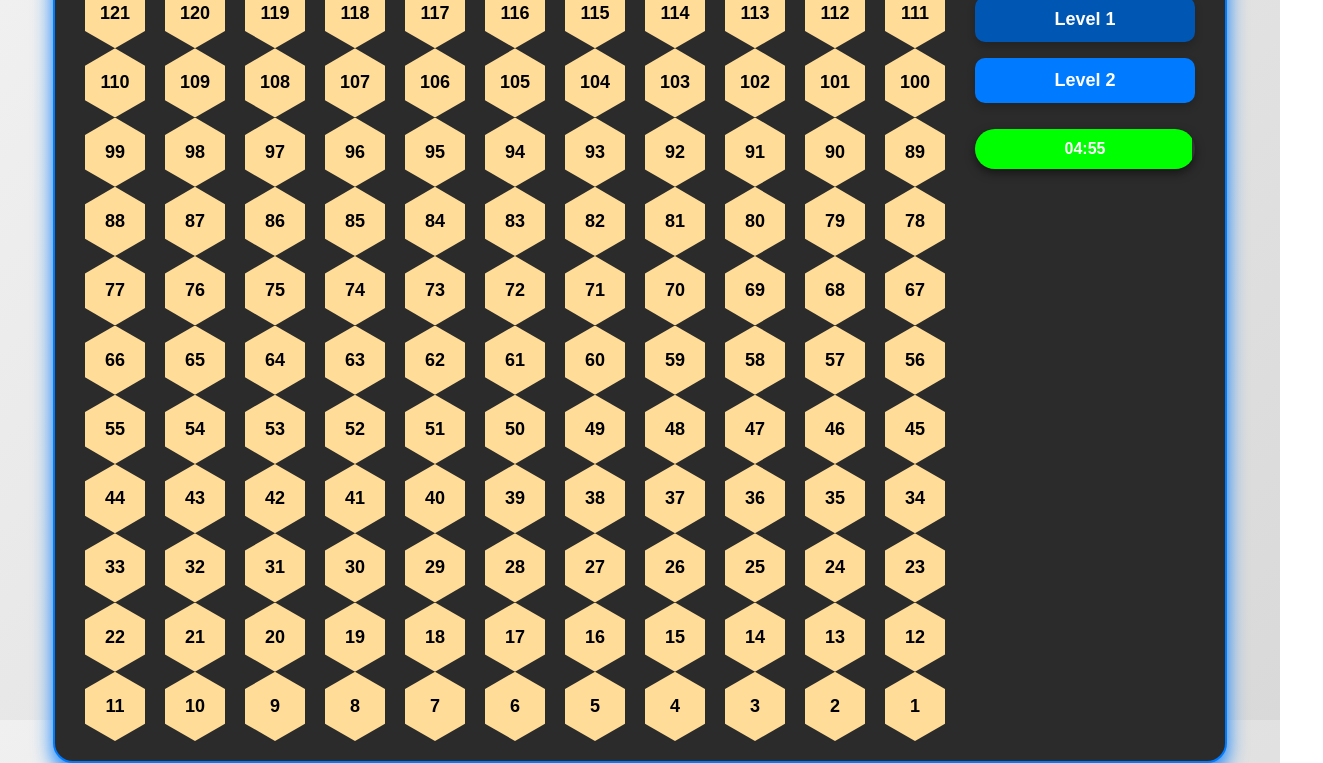
Repository: radisyah/THE_BRAIN_STORM
Page: Terrible Hunt.html
These files come from the project's save history. The page is drawn as it stood at one moment and after the next save; the edit follows.
The browser window is 1280 px wide. The page is 1280 px wide, then 1323 px, so the pictures cover 1323 px, including what lies to the right of the window. The pictures show the whole page.

Above is the page before, as saved 2024-10-25 23:30:23.

### Terrible Hunt.html
<!DOCTYPE html>
<html lang="en">
<head>
    <meta charset="UTF-8">
    <meta name="viewport" content="width=device-width, initial-scale=1.0">
    <title>Terrible Hunt</title>
    <style>
        body {
            font-family: Arial, sans-serif;
            display: flex;
            justify-content: center;
            align-items: center;
            height: 100vh;
            margin: 0;
            background: linear-gradient(135deg, #f0f0f0, #d9d9d9); /* Smooth gradient background */
        }

        .container {
            display: flex;
            justify-content: center;
            align-items: flex-start;
            background-color: #2b2b2b; /* Dark background for contrast */
            border-radius: 20px;
            box-shadow: 0 8px 20px #007bff;
            padding: 30px;
            border: 2px solid #007bff;
            transition: transform 0.3s ease-in-out;
        }

          /* Timer container styles */
          .timer-container {
            position: relative;
            width: 100%;
            height: 40px;
            background-color: #333;
            border-radius: 20px;
            overflow: hidden;
            box-shadow: 0px 4px 10px rgba(0, 0, 0, 0.5);
            margin-bottom: 10px;
        }

        /* Timer text styles */
        #timer {
            position: absolute;
            top: 50%;
            left: 50%;
            transform: translate(-50%, -50%);
            color: white;
            font-size: 16px;
            font-weight: bold;
            z-index: 2;
        }

        /* Progress bar styles */
        .timer-bar {
            position: absolute;
            top: 0;
            left: 0;
            height: 100%;
            background: linear-gradient(90deg, #00ff00, #ffff00, #ff0000);
            width: 100%;
            transition: width 1s linear;
            z-index: 1;
        }

        .container:hover {
            transform: scale(1.02); /* Slight scale effect when hovering over the container */
        }

        /* Hexagonal grid container */
        .hex-grid {
            display: grid;
            grid-template-columns: repeat(11, 60px);
            grid-gap: 20px; /* Adjust gap between hexagons for better spacing */
            justify-content: center;
            margin-right: 30px;
        }

        .hex {
            position: relative;
            width: 60px;
            height: 69.28px;
            background: #ffdd99;
            display: flex;
            justify-content: center;
            align-items: center;
            font-size: 18px;
            font-weight: bold;
            color: black;
            clip-path: polygon(
                50% 0%,
                100% 25%,
                100% 75%,
                50% 100%,
                0% 75%,
                0% 25%
            );
            cursor: pointer;
            transition: background-color 0.3s, transform 0.3s, box-shadow 0.3s;
            margin: -10px 0;
            box-shadow: 0 4px 8px rgba(0, 0, 0, 0.2); /* Add shadow to hexagons */
        }

        /* Hover effect with larger shadow and movement */
        .hex:hover {
            background-color: #ffd166;
            transform: translateY(-10px) scale(1.05); /* Larger transform effect */
            box-shadow: 0 6px 12px rgba(0, 0, 0, 0.3); /* Enhanced shadow on hover */
        }

        /* Mengatur gaya ketika benar atau salah */
        .hex.correct {
            background-color: #28a745; /* Green for correct */
            color: white;
            box-shadow: 0 6px 12px rgba(0, 255, 0, 0.3); /* Green shadow */
        }

        .hex.wrong {
            background-color: #dc3545; /* Red for wrong */
            color: white;
            box-shadow: 0 6px 12px rgba(255, 0, 0, 0.3); /* Red shadow */
        }

        /* Tombol dan styling */
        .button-container {
            display: flex;
            flex-direction: column;
            justify-content: flex-start;
        }

        .level-button {
            background-color: #007bff;
            color: white;
            border: none;
            border-radius: 10px; /* More rounded buttons */
            padding: 12px;
            margin: 8px 0;
            cursor: pointer;
            font-size: 18px;
            font-weight: bold;
            transition: background-color 0.3s, box-shadow 0.3s, transform 0.3s;
            width: 220px;
            box-shadow: 0 4px 8px rgba(0, 0, 0, 0.2); /* Soft shadow for buttons */
        }

        .level-button:hover {
            background-color: #0056b3;
            box-shadow: 0 6px 12px rgba(0, 0, 0, 0.3); /* Enhanced shadow on hover */
            transform: translateY(-3px); /* Slight movement on hover */
        }
    </style>
</head>

<body>
  <div class="container">
        <div class="hex-grid" id="hex-grid">
            <!-- Grid hexagonal will be dynamically populated -->
        </div>

        <div class="button-container">
            <button class="level-button" id="level1-btn" onclick="selectLevel(1)" disabled>Level 1</button>
            <button class="level-button" id="level2-btn" onclick="selectLevel(2)" disabled>Level 2</button>
            <br>
            <div class="timer-container">
                <div id="timer">05:00</div>
                <div class="timer-bar"></div>
            </div>
        </div>
    </div>
</body>

<script>
    let correctNumbers = [];
    let wrongAttempts = 0;
    let currentLevel = 1;
    let isGridDisabled = false;
    let isTimerRunning = false;
    let timerInterval;
    const timeLimit = 300;
    let timeRemaining = timeLimit;

    const timerDisplay = document.getElementById('timer');
    const timerBar = document.querySelector('.timer-bar');

    function selectLevel(level) {
        currentLevel = level;
        correctNumbers = generateCorrectNumbers(level);
        generateHexGrid();
        wrongAttempts = 0;
        isGridDisabled = false;

        // Set button styles and disable/enable accordingly
        document.getElementById('level1-btn').disabled = level !== 1;
        document.getElementById('level2-btn').disabled = level !== 2;
        updateButtonStyles();

        // Start the timer if it hasn’t started yet
        if (!isTimerRunning) {
            startTimer();
        }
    }

    function updateButtonStyles() {
        document.getElementById('level1-btn').style.backgroundColor = currentLevel === 1 ? "#0056b3" : "#007bff";
        document.getElementById('level2-btn').style.backgroundColor = currentLevel === 2 ? "#0056b3" : "#007bff";
    }

    function startTimer() {
        if (isTimerRunning) return;
        isTimerRunning = true;

        timerInterval = setInterval(() => {
            timeRemaining--;

            const minutes = Math.floor(timeRemaining / 60);
            const seconds = timeRemaining % 60;
            timerDisplay.textContent = `${minutes < 10 ? '0' + minutes : minutes}:${seconds < 10 ? '0' + seconds : seconds}`;

            const percentage = (timeRemaining / timeLimit) * 100;
            timerBar.style.width = `${percentage}%`;
            timerBar.style.background = percentage <= 33 ? "#ff0000" : percentage <= 66 ? "#ffff00" : "#00ff00";

            if (timeRemaining <= 0) {
                clearInterval(timerInterval);
                isTimerRunning = false;
                timerDisplay.textContent = "Time is Over";
                disableGridInteractions();
            }
        }, 1000);
    }

    function disableGridInteractions() {
        isGridDisabled = true;
        const hexGrid = document.getElementById('hex-grid');
        Array.from(hexGrid.children).forEach(hexItem => {
            hexItem.style.pointerEvents = 'none';
        });
        const resetButton = document.getElementById('reset');
        if (resetButton) {
            resetButton.disabled = true;
            resetButton.style.pointerEvents = 'none';
        }
    }

    function generateCorrectNumbers(level) {
        return level === 1 ? getPrimes(1, 121) : getPerfectSquares(122, 242);
    }

    function generateHexGrid() {
        const hexGrid = document.getElementById('hex-grid');
        hexGrid.innerHTML = ''; // Clear the grid

        let number = (currentLevel === 1) ? 121 : (currentLevel - 1) * 121 + 1; // Set initial number based on level
        const totalHex = 121;

        for (let i = 0; i < totalHex; i++) {
            const hex = document.createElement('div');
            hex.classList.add('hex');
            hex.textContent = number;

            (function(num) {
                hex.addEventListener('click', function() {
                    if (!isGridDisabled) {
                        if (correctNumbers.includes(num)) {
                            hex.classList.add('correct');
                            if (currentLevel === 1) {
                                checkAllPrimesGuessed();
                            } else if (currentLevel === 2) {
                                checkAllPerfectSquaresGuessed();
                            }
                        } else {
                            hex.classList.add('wrong');
                            wrongAttempts++;
                            if (wrongAttempts >= 2) {
                                setTimeout(resetHexColors, 1000);
                            }
                        }
                    }
                });
            })(number);

            hexGrid.appendChild(hex);
            number = (currentLevel === 1) ? number - 1 : number + 1;
        }
    }



    function checkAllPerfectSquaresGuessed() {
        const allCorrectHexes = document.querySelectorAll('.hex.correct');
        if (allCorrectHexes.length === correctNumbers.length) {
            setTimeout(() => {
                location.reload(); // Refresh the page after 1-second delay
            }, 1000);
        }
    }


    function checkAllPrimesGuessed() {
        const allCorrectHexes = document.querySelectorAll('.hex.correct');
        if (allCorrectHexes.length === correctNumbers.length) {
            setTimeout(() => {
                selectLevel(2); // Move to Level 2 after 1-second delay
            }, 1000);
        }
    }



    function resetHexColors() {
        document.querySelectorAll('.hex').forEach(hex => {
            hex.classList.remove('correct', 'wrong');
        });

        correctNumbers = generateCorrectNumbers(currentLevel);
        generateHexGrid();
        wrongAttempts = 0;
    }

    function getPrimes(start, end) {
        const primes = [];
        for (let i = start; i <= end; i++) {
            if (isPrime(i)) primes.push(i);
        }
        return primes;
    }

    function isPrime(num) {
        if (num <= 1) return false;
        for (let i = 2; i <= Math.sqrt(num); i++) {
            if (num % i === 0) return false;
        }
        return true;
    }

    function getPerfectSquares(start, end) {
        const squares = [];
        for (let i = Math.ceil(Math.sqrt(start)); i <= Math.floor(Math.sqrt(end)); i++) {
            squares.push(i * i);
        }
        return squares;
    }

    window.onload = function() {
        selectLevel(1);
    };
</script>

</body>
</html>

After the next save:
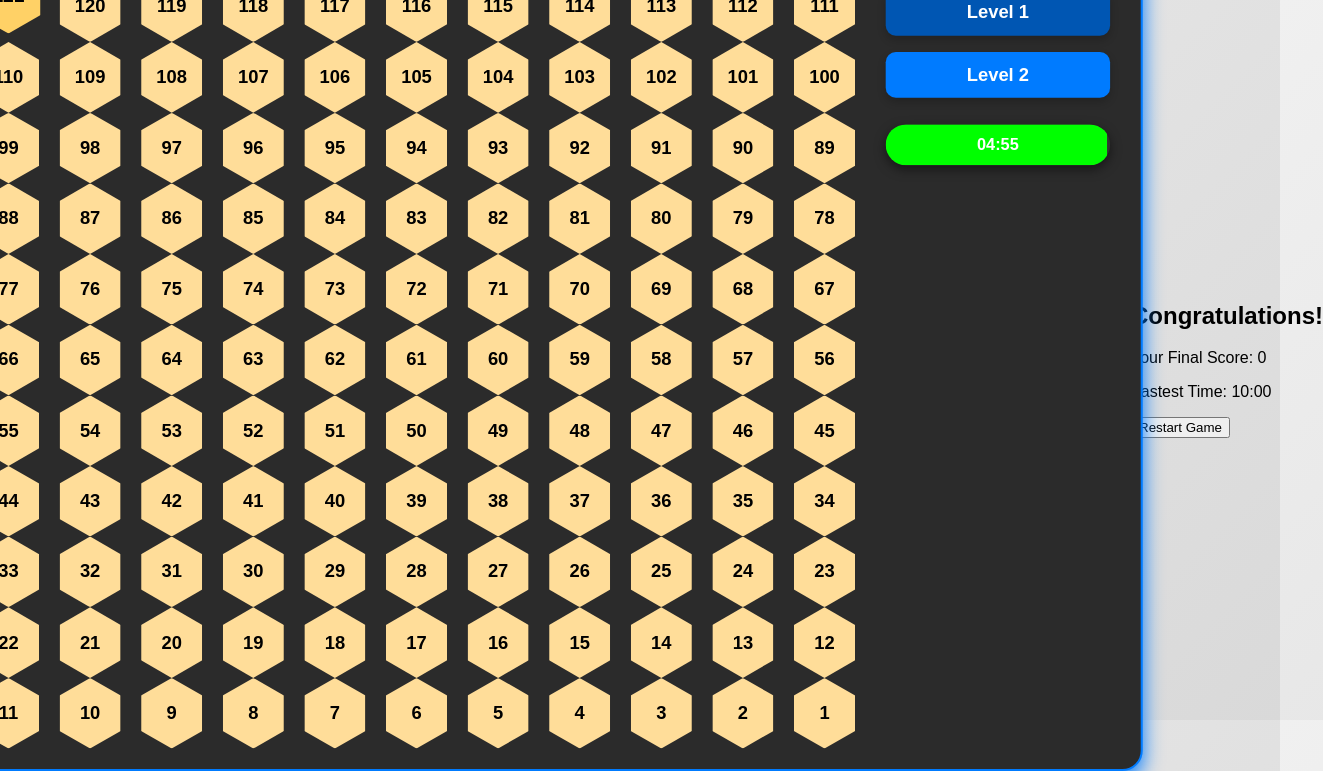
Saved 10 s later.
--- a/Terrible Hunt.html
+++ b/Terrible Hunt.html
@@ -152,7 +152,7 @@
 </head>
 
 <body>
-  <div class="container">
+    <div class="container">
         <div class="hex-grid" id="hex-grid">
             <!-- Grid hexagonal will be dynamically populated -->
         </div>
@@ -165,6 +165,15 @@
                 <div id="timer">05:00</div>
                 <div class="timer-bar"></div>
             </div>
+        </div>
+    </div>
+    <!-- Final Score Modal -->
+    <div class="modal" id="final-score-modal">
+        <div class="modal-content">
+            <h2>Congratulations!</h2>
+            <p id="final-score-display">Your Final Score: 0</p>
+            <p id="fastest-time-display">Fastest Time: 10:00</p>
+            <button class="close" onclick="restartGame()">Restart Game</button>
         </div>
     </div>
 </body>
